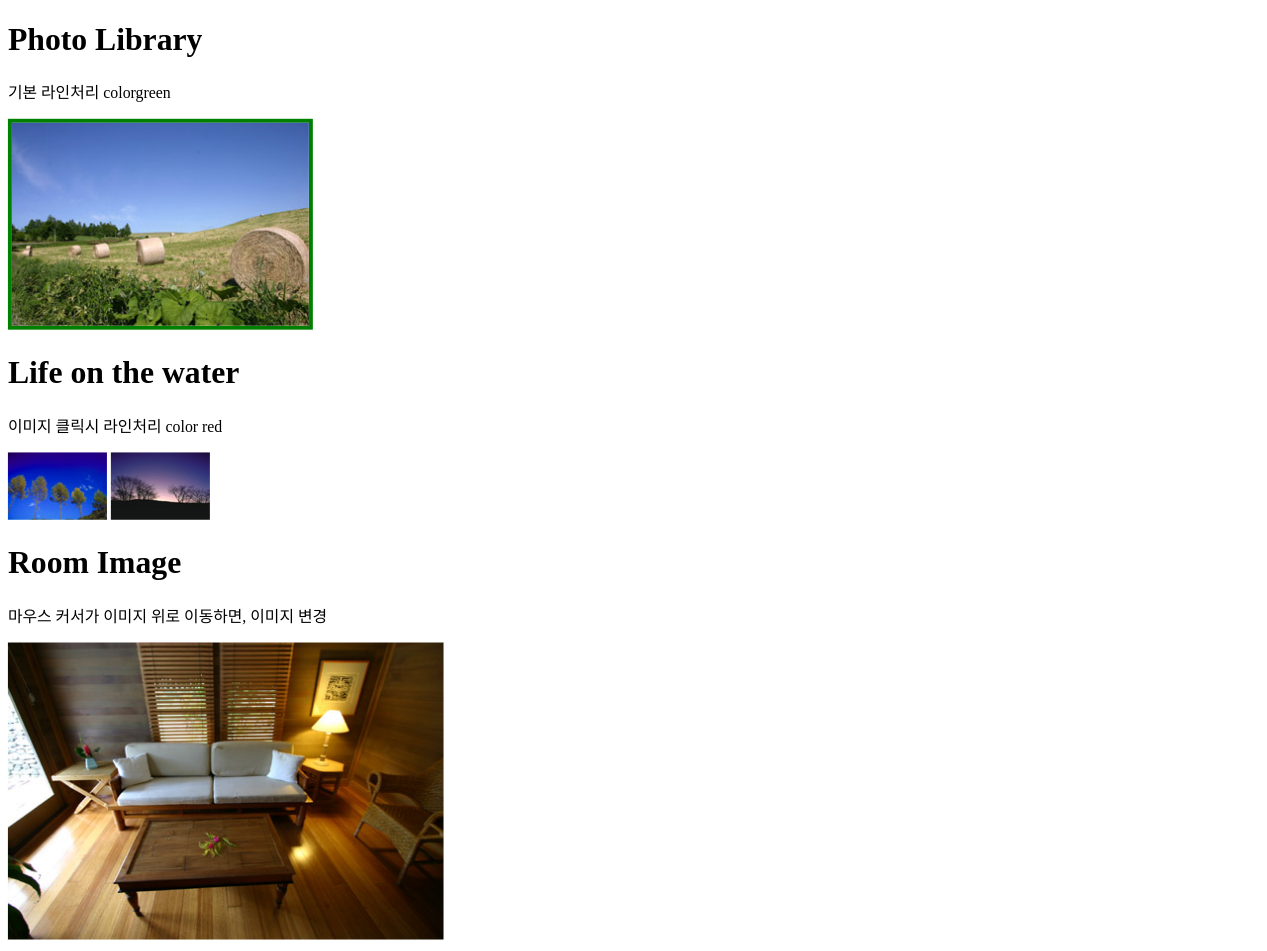
Repository: suhong99/JqueryLecture
Page: JqueryPractice/src/main/webapp/question1.html
An editor plug-in stored every save of this project. The page is shown before and after the next save, followed by the edit.
The browser window is 1280 px wide. The pictures show the whole page, at 99% of full size.

Above is the page before, as saved 2023-06-26 05:36:49.

### JqueryPractice/src/main/webapp/question1.html
<!DOCTYPE html>
<html>
<head>
<meta charset="UTF-8">
<title>Insert title here</title>
  <script src="https://code.jquery.com/jquery-3.6.4.min.js"></script>

</head>
<body>
<div style="margin: 0 auto">
<h1>Photo Library</h1>
<p>기본 라인처리 colorgreen</p>
<img src="./images/p01.jpg" style="border:4px solid green">
<h1>Life on the water</h1>
<p>이미지 클릭시 라인처리 color red</p>
<img src="./images/photo1.jpg" class="clickImg" >
<img src="./images/photo2.jpg" class="clickImg" >

<h1>Room Image</h1>
<p>마우스 커서가 이미지 위로 이동하면, 이미지 변경</p>
	<img src="./images/b_pic2.jpg" id="bigPic2" >
</div>
<script type="text/javascript">
$(document).ready(function(){
	$(".clickImg").click(function(){
		$(this).css("border","4px solid red");
	});

	$("#bigPic2").hover(function(){
	    let currentSrc = $(this).attr("src");
	    let newSrc = "";

	    if (currentSrc === "./images/b_pic1.jpg") {
	        newSrc = "./images/b_pic2.jpg";
	    } else if (currentSrc === "./images/b_pic2.jpg") {
	        newSrc = "./images/b_pic1.jpg";
	    }
	    $(this).attr("src", newSrc);
	});




});
</script>
</body>
</html>

After the next save:
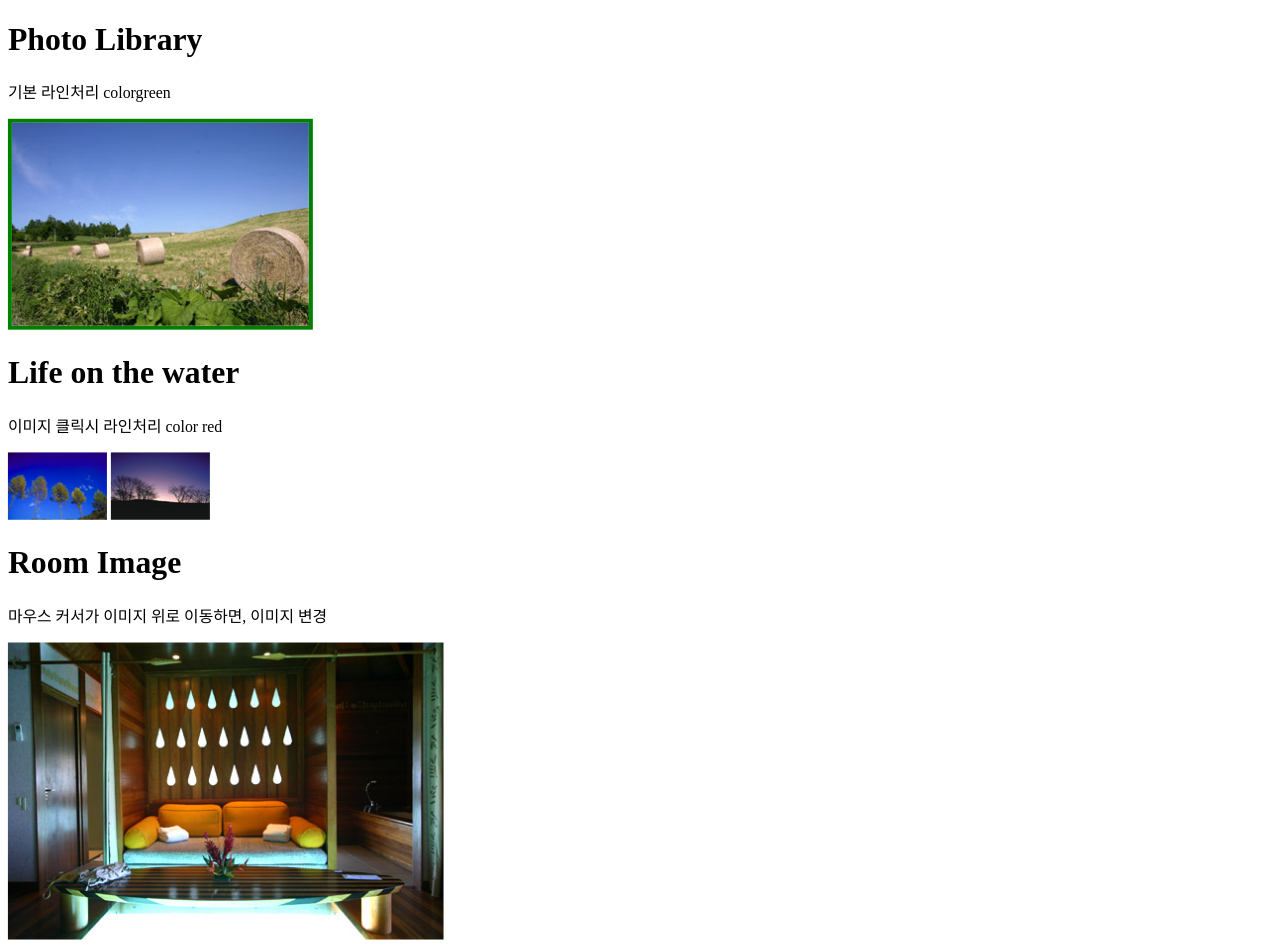
Saved 5 s later.
--- a/JqueryPractice/src/main/webapp/question1.html
+++ b/JqueryPractice/src/main/webapp/question1.html
@@ -18,13 +18,14 @@
 
 <h1>Room Image</h1>
 <p>마우스 커서가 이미지 위로 이동하면, 이미지 변경</p>
-	<img src="./images/b_pic2.jpg" id="bigPic2" >
+	<img src="./images/b_pic1.jpg" id="bigPic2" >
 </div>
 <script type="text/javascript">
 $(document).ready(function(){
 	$(".clickImg").click(function(){
 		$(this).css("border","4px solid red");
 	});
+
 
 	$("#bigPic2").hover(function(){
 	    let currentSrc = $(this).attr("src");
@@ -38,7 +39,17 @@ $(document).ready(function(){
 	    $(this).attr("src", newSrc);
 	});
 
+/* 	$("#bigPic2").mouseout(function(){
+	    let currentSrc = $(this).attr("src");
+	    let newSrc = "";
 
+	    if (currentSrc === "./images/b_pic1.jpg") {
+	        newSrc = "./images/b_pic2.jpg";
+	    } else if (currentSrc === "./images/b_pic2.jpg") {
+	        newSrc = "./images/b_pic1.jpg";
+	    }
+	    $(this).attr("src", newSrc);
+	}); */
 
 
 });
